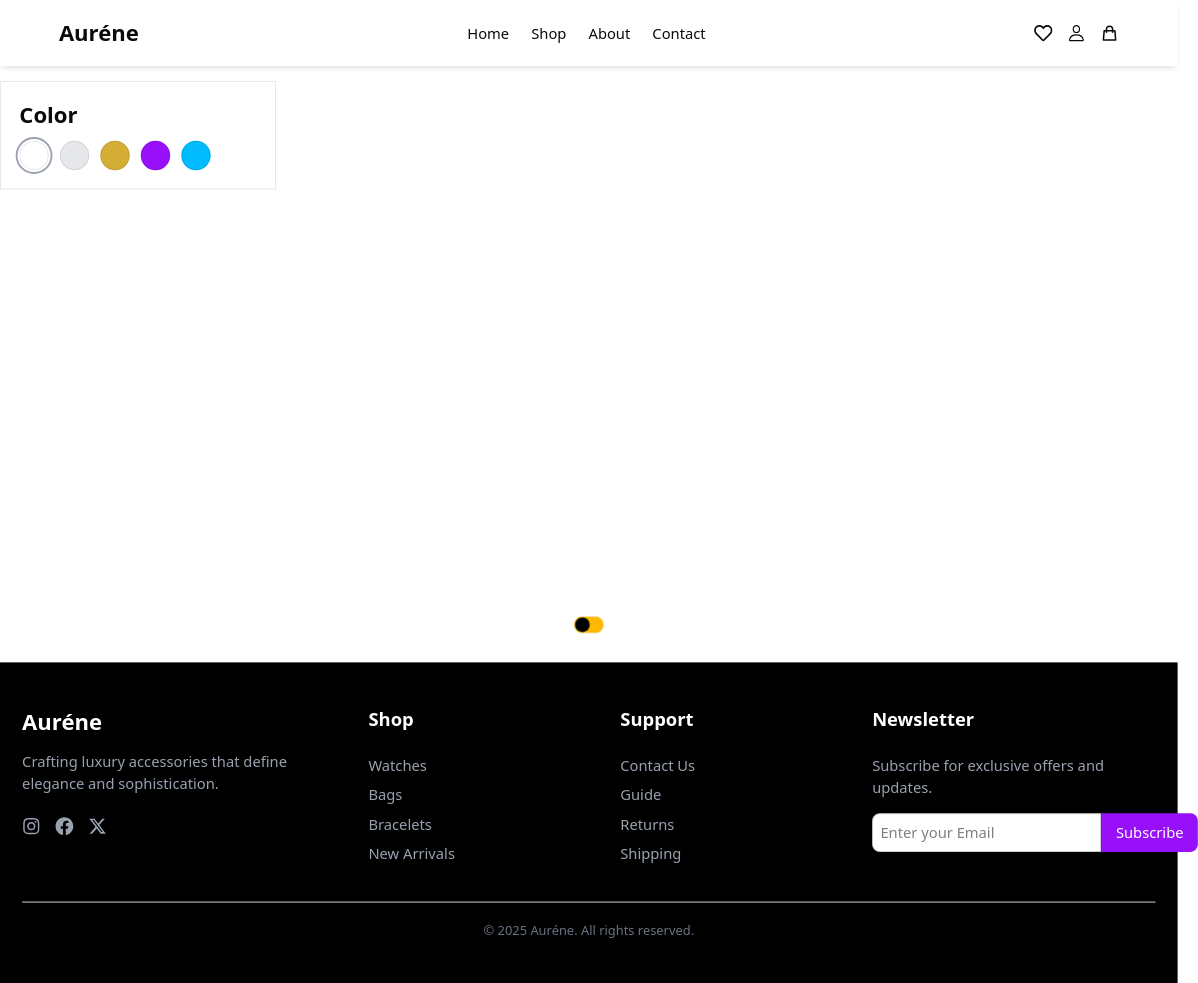
Repository: oehab30/Aur-ne-e-commerce-
Page: /Wishlist
These files come from the project's save history. The page is drawn as it stood at one moment and after the next save; the edit follows.
The browser window is 1280 px wide. The page is 1302 px wide, so the pictures cover 1302 px, including what lies to the right of the window. The pictures show the whole page, at 92% of full size.
The project was rebuilt for these pictures with package versions that can differ from the ones it lists, and the page was loaded fresh each time. Also part of the build but not shown: src/components/home-page/Hero.tsx, src/components/home-page/Hotoffers.tsx, src/components/home-page/Dontmiss.tsx, src/components/home-page/Featuredcollection.tsx, src/components/home-page/BestSellers.tsx, src/components/home-page/Summercollection.tsx, src/pages/Home.tsx, src/components/common/Categories.tsx and 7 more.

Above is the page before, as saved 2025-11-26 18:59:20.

After the next save:
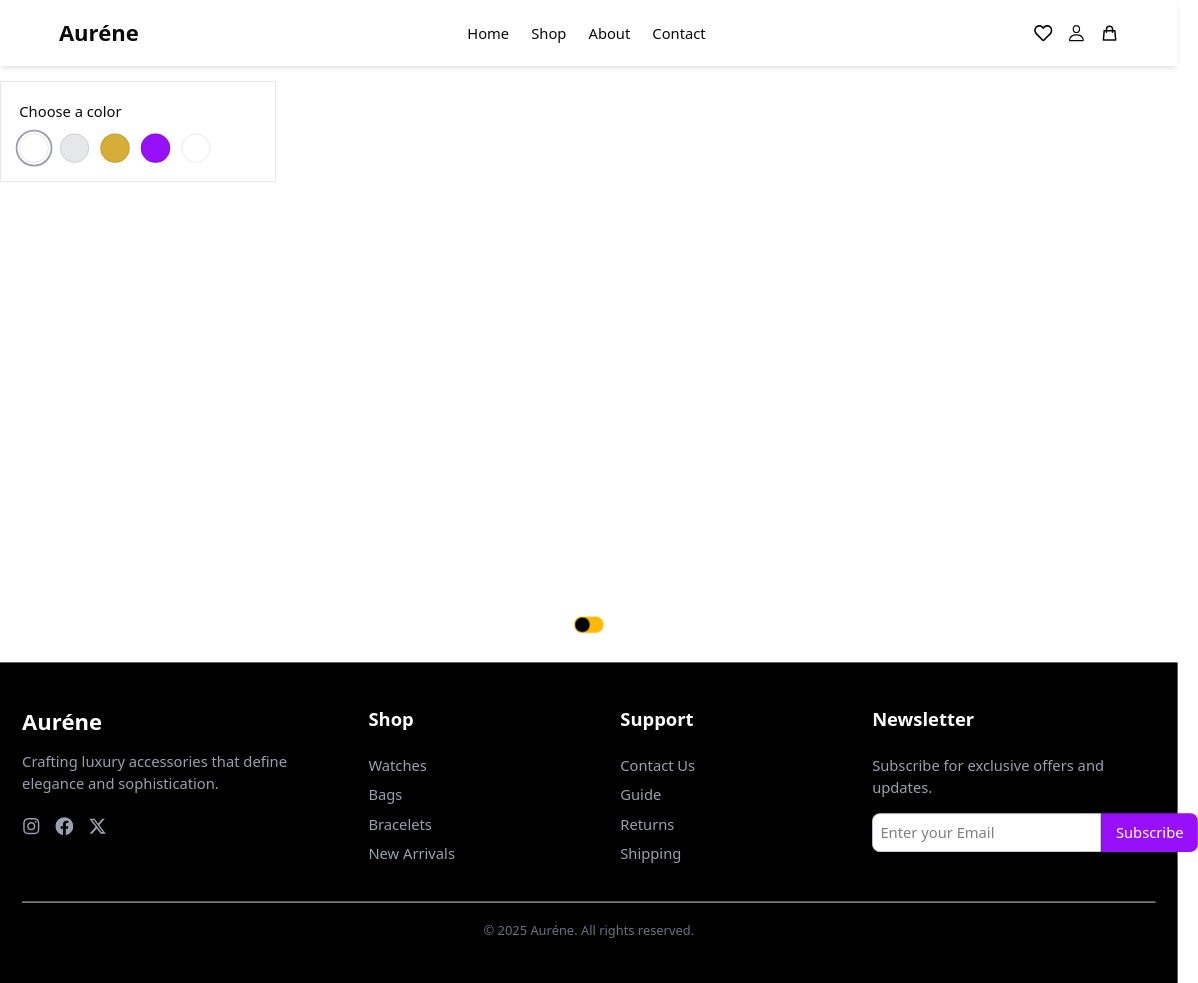
Saved 11 s later.
--- a/src/components/Shop-page/color.tsx
+++ b/src/components/Shop-page/color.tsx
@@ -8,13 +8,13 @@ function Color() {
       { id: 'gray', name: 'Gray', classes: 'bg-gray-200 checked:outline-gray-400' },
       { id: 'black', name: 'Black', classes: 'bg-[var(--main)] checked:outline-gray-900' },
       { id: 'black', name: 'Black', classes: 'bg-purple-600 checked:outline-gray-900' },
-      { id: 'black', name: 'Black', classes: 'bg-sky-400 checked:outline-gray-900' },
+      { id: 'black', name: 'Black', classes: 'bg-blue checked:outline-gray-900' },
     ],
   };
 
   return (
     <fieldset aria-label="Choose a color" className="mt-4 border-1 p-5 w-[300px] ">
-        <h1 className='mb-3 text-2xl font-bold'>Color</h1>
+        <h1 className='mb-3'>Choose a color</h1>
       <div className="flex items-center gap-x-3">
         {product.colors.map((color, index) => (
           <div
